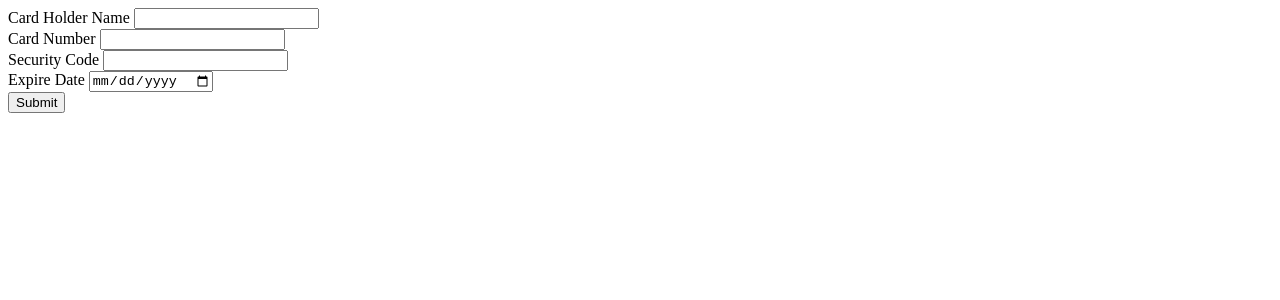
Repository: sandeepa9803/OOP---Online-Travel-web-application
Page: http://localhost/PaymentNew/paymentInfo.jsp
An editor plug-in stored every save of this project. The page is shown before and after the next save, followed by the edit.
The browser window is 1280 px wide. The pictures show the whole page.
The page is served by Tomcat 9. Other server files are loaded and not shown.

Above is the page before, as saved 2021-10-11 15:21:28.

### PaymentNew/WebContent/paymentInfo.jsp


<%@ page language="java" contentType="text/html; charset=ISO-8859-1"
    pageEncoding="ISO-8859-1"%>
<!DOCTYPE html>
<html>
<head>
<meta charset="ISO-8859-1">
<title>Payment Form </title>
</head>

<body>

     <form action ="submit" method = "post" >

         Card Holder Name <input type = "text" name = "cardholder"><br>


         Card Number <input type ="number" name = "cardnum"> <br>

         Security Code <input type ="number" name = "cvcnum"> <br>


         Expire Date <input type = "date"  name = "date"  >  <br>

        <input type="submit" name="submit" value="Submit" >

       </form>
</body>
</html>

After the next save:
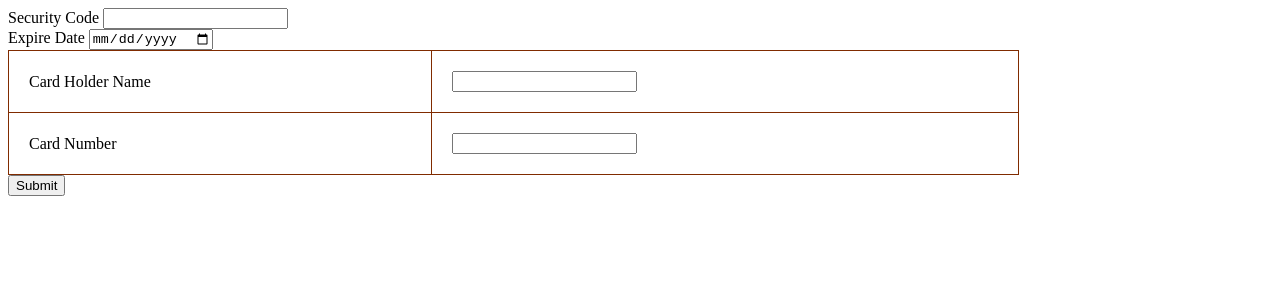
Saved 29 min 4 s later.
--- a/PaymentNew/WebContent/paymentInfo.jsp
+++ b/PaymentNew/WebContent/paymentInfo.jsp
@@ -5,6 +5,39 @@
 <!DOCTYPE html>
 <html>
 <head>
+<style>
+
+table, td, th {
+  border: 1px solid #802b00;
+  text-align: left;
+}
+
+table {
+  border-collapse: collapse;
+  width: 80%;
+}
+
+th, td {
+  padding: 20px;
+}
+
+
+.button {
+  background-color: #4CAF50;
+  border: 1;
+  color: black;
+  padding: 15px 32px;
+  text-align: center;
+  text-decoration: none;
+   font-weight: bold;
+  display: inline-block;
+  font-size: 16px;
+  margin: 4px 2px;
+  cursor: pointer;
+}
+
+
+</style>
 <meta charset="ISO-8859-1">
 <title>Payment Form </title>
 </head>
@@ -12,17 +45,22 @@
 <body>
 
      <form action ="submit" method = "post" >
+     <table>
 
-         Card Holder Name <input type = "text" name = "cardholder"><br>
+       <tr>
+       <td>Card Holder Name</td>
+        <td> <input type = "text" name = "cardholder"></td>
+         </tr>
 
-
-         Card Number <input type ="number" name = "cardnum"> <br>
+         <tr>
+         <td> Card Number </td>
+         <td> <input type ="number" name = "cardnum"> </td>
 
          Security Code <input type ="number" name = "cvcnum"> <br>
 
 
          Expire Date <input type = "date"  name = "date"  >  <br>
-
+      </table>
         <input type="submit" name="submit" value="Submit" >
 
        </form>
